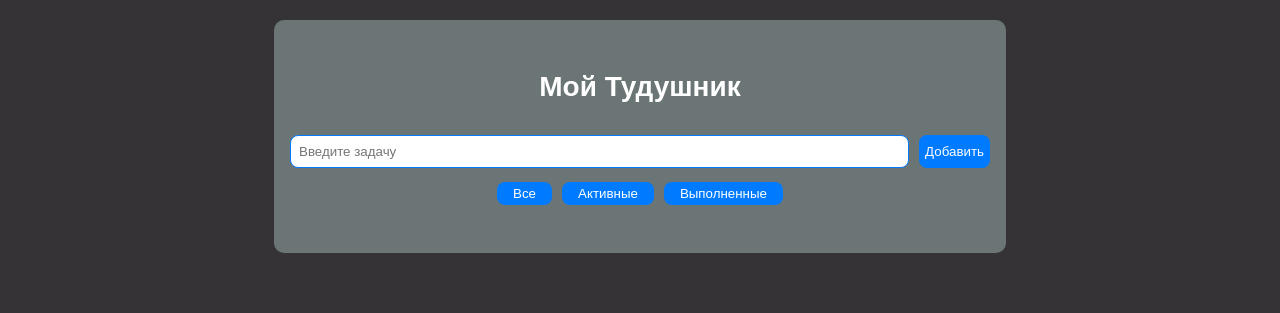
Repository: AlekCawka/-todo-project
Page: /
The author's editor kept a copy of each file at every save. The page is drawn from the files as they stood at one save, then again after the next save.
The browser window is 1280 px wide. The pictures show the whole page.
The project was rebuilt for these pictures with package versions that can differ from the ones it lists, and the page was loaded fresh each time. Also part of the build but not shown: vite.config.js.

Above is the page before, as saved 2025-08-06 22:58:14.

After the next save:
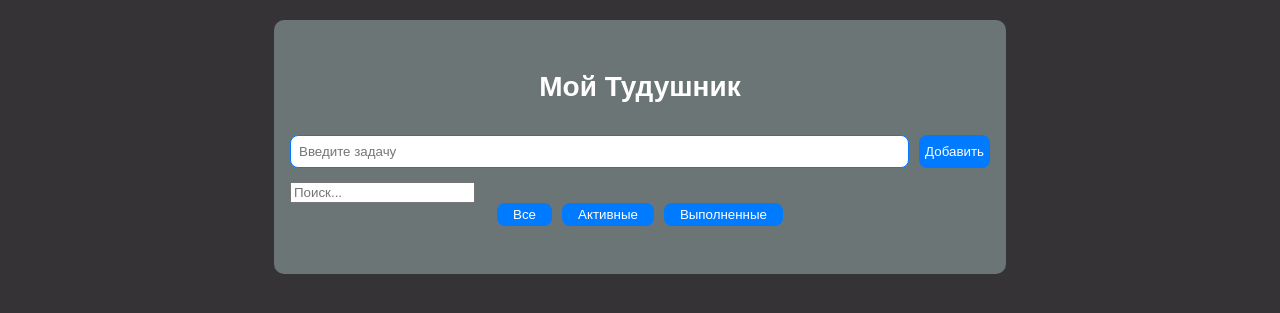
Saved 32 s later.
--- a/src/App.jsx
+++ b/src/App.jsx
@@ -47,6 +47,14 @@ const App = () => {
         <button onClick={handleAdd}>Добавить</button>
       </div>
 
+      <input
+        type="text"
+        placeholder="Поиск..."
+        value={searchQuery}
+        onChange={(e) => setSearchQuery(e.target.value)}
+        className="w-full px-4 py-2 border rounded mb-4"
+      />
+
       <div className="filters">
         <button onClick={() => setFilter('all')}>Все</button>
         <button onClick={() => setFilter('active')}>Активные</button>
